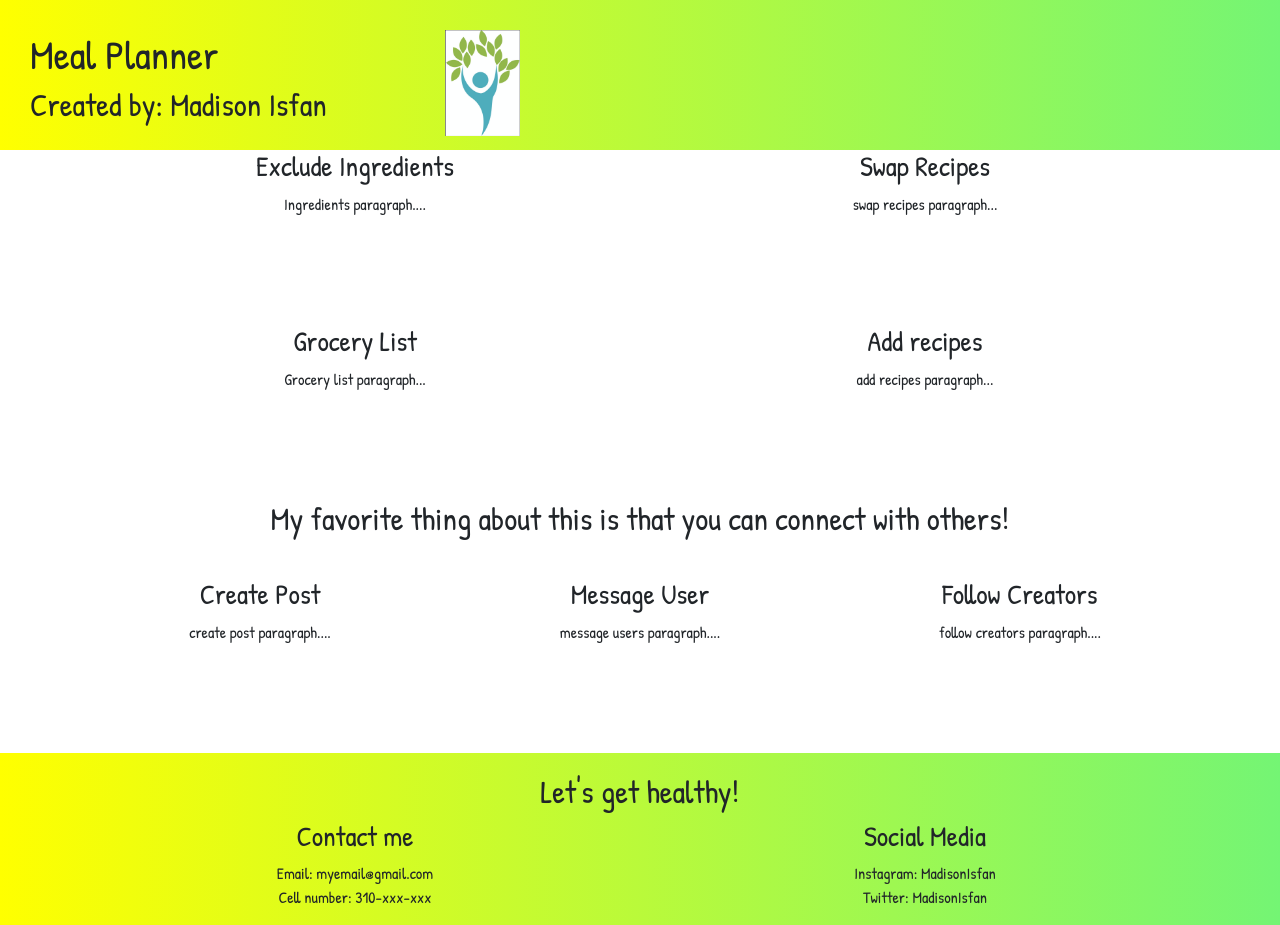
Repository: madisonisfan/Meal-Planner
Page: index.html
An editor plug-in stored every save of this project. The page is shown before and after the next save, followed by the edit.
The browser window is 1280 px wide. The pictures show the whole page.
Some web libraries are served in a nearby version.

Above is the page before, as saved 2021-02-19 11:11:33.

After the next save:
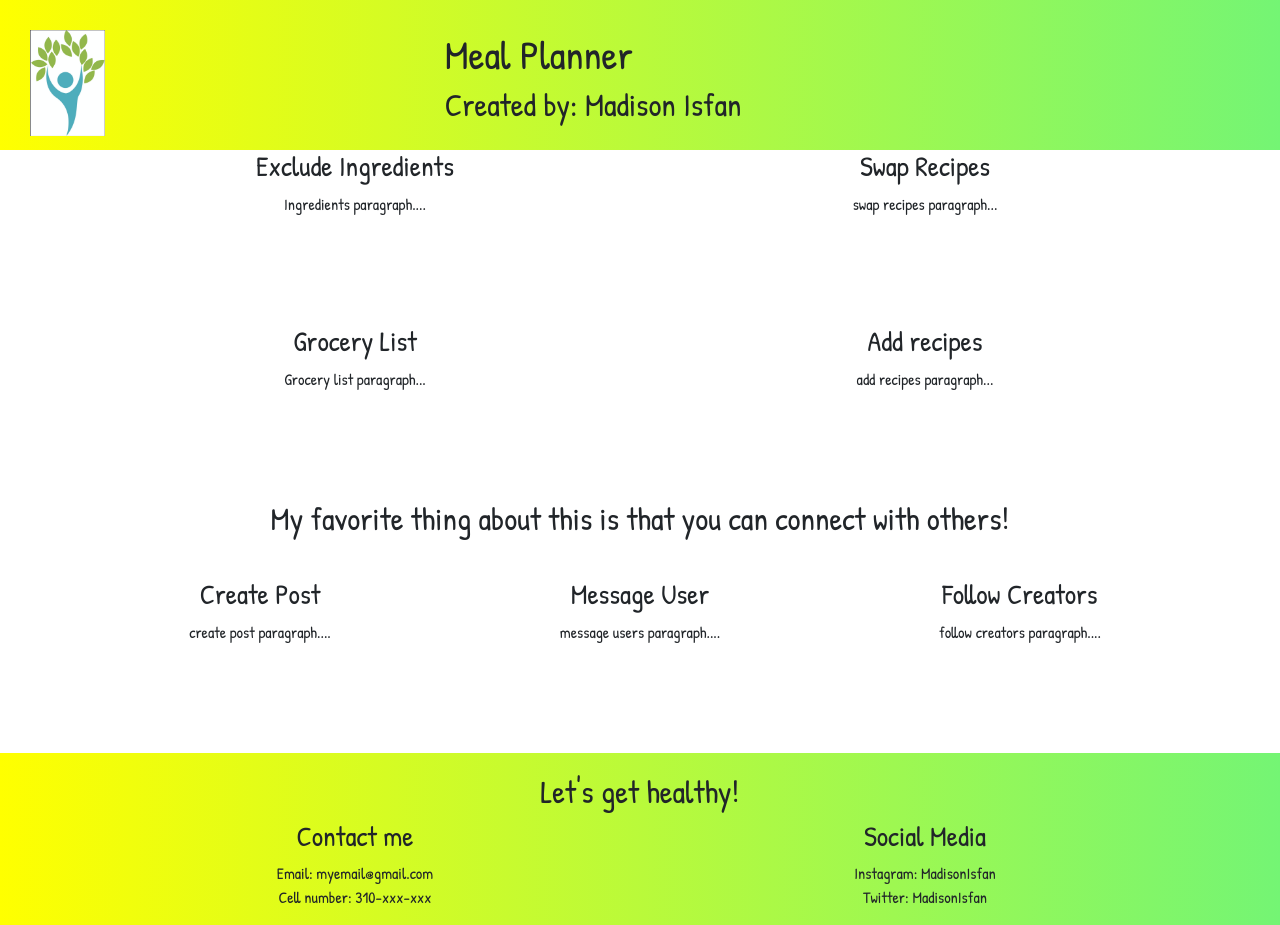
Saved 67 s later.
--- a/index.html
+++ b/index.html
@@ -19,14 +19,17 @@
                 <!--<div class="col text-left ">
                     <!--<img src="healthySymbolSc.jpg">
                 </div> -->
+
+                <div class="col col-md-4 text-right ">
+                    <img src="healthySymbolSc.jpg">
+                </div>
+
                 <div class="col col-md-4"><!--col-5 col-md text-left text-md-center-->
                     <h1>Meal Planner</h1>
                     <h2>Created by: Madison Isfan</h2>
                 </div>
 
-                <div class="col col-md-4 text-right ">
-                    <img src="healthySymbolSc.jpg">
-                </div>
+
             </div>
 
     </header>
